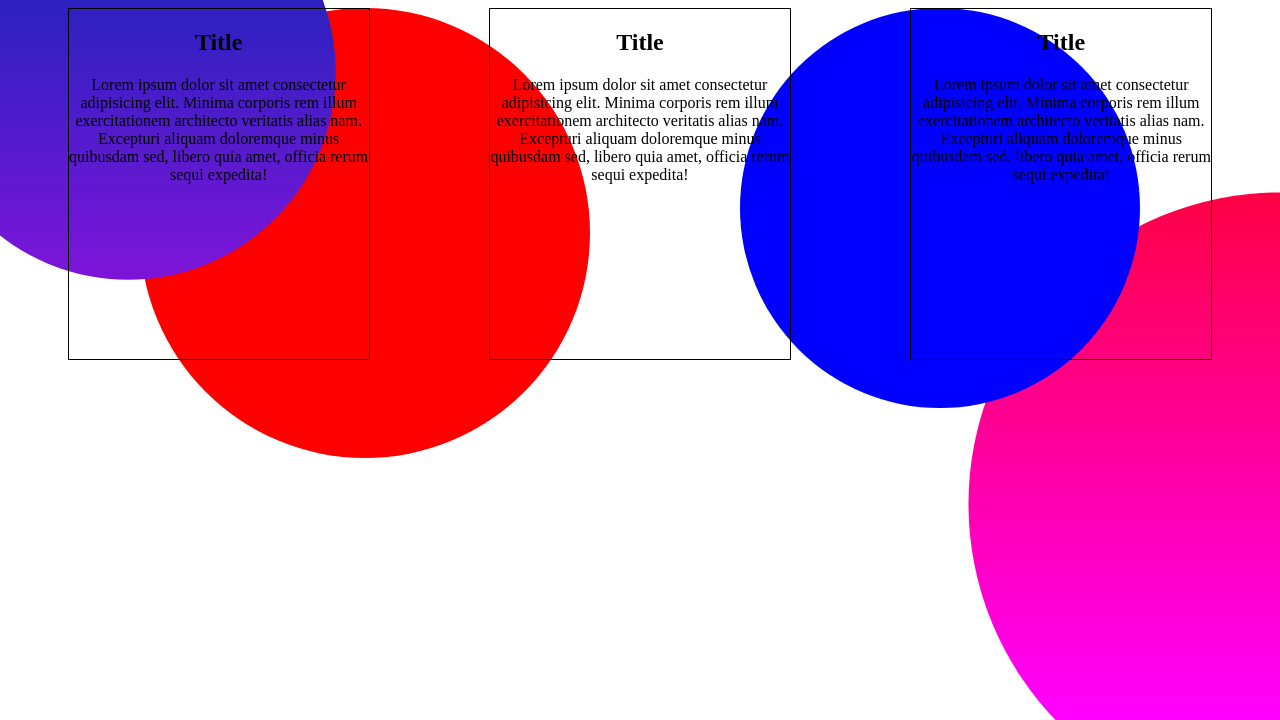
Repository: dovanluyen1996/Test-Git-PR
Page: index.html
These files come from the project's save history. The page is drawn as it stood at one moment and after the next save; the edit follows.
The browser window is 1280 px wide. The pictures show the whole page.

Above is the page before, as saved 2021-09-06 23:41:22.

### index.html
<!DOCTYPE html>
<html lang="en">
  <head>
    <meta charset="UTF-8" />
    <meta http-equiv="X-UA-Compatible" content="IE=edge" />
    <meta name="viewport" content="width=device-width, initial-scale=1.0" />
    <title>TestVsCode</title>
    <link rel="stylesheet" href="css/style.css" />
  </head>

  <body>
    <div class="container">
      <div class="test1"></div>
      <div class="test2"></div>
    </div>
    <div class="center">
      <div class="item-center">
        <h2>Title</h2>
        <p class="text">
          Lorem ipsum dolor sit amet consectetur adipisicing elit. Minima
          corporis rem illum exercitationem architecto veritatis alias nam.
          Excepturi aliquam doloremque minus quibusdam sed, libero quia amet,
          officia rerum sequi expedita!
        </p>
      </div>
      <div class="item-center">
        <h2>Title</h2>
        <p class="text">
          Lorem ipsum dolor sit amet consectetur adipisicing elit. Minima
          corporis rem illum exercitationem architecto veritatis alias nam.
          Excepturi aliquam doloremque minus quibusdam sed, libero quia amet,
          officia rerum sequi expedita!
        </p>
      </div>
      <div class="item-center">
        <h2>Title</h2>
        <p class="text">
          Lorem ipsum dolor sit amet consectetur adipisicing elit. Minima
          corporis rem illum exercitationem architecto veritatis alias nam.
          Excepturi aliquam doloremque minus quibusdam sed, libero quia amet,
          officia rerum sequi expedita!
        </p>
      </div>
    </div>
  </body>
</html>

### css/style.css
body {
}
body::before {
  content: "";
  position: absolute;
  top: 0;
  left: 0;
  width: 100%;
  height: 100%;
  background: linear-gradient(#f00, #f0f);
  clip-path: circle(30% at right 70%);
}
body::after {
  content: "";
  position: absolute;
  top: 0;
  left: 0;
  width: 100%;
  height: 100%;
  background: linear-gradient(rgb(44, 33, 192), #f0f);
  clip-path: circle(20% at 10% 10%);
}
.container {
  width: 1000px;
  margin: 0 auto;
  position: relative;
}
.test1 {
  width: 450px;
  height: 450px;
  background-color: red;
  border-radius: 50%;
  position: absolute;
}
.test2 {
  width: 400px;
  height: 400px;
  background-color: blue;
  border-radius: 50%;
  position: absolute;
  right: 0;
  top: 50%;
}
.item-center {
  width: 300px;
  height: 350px;
  border: 1px solid black;
  text-align: center;
  margin: 0 auto;
}
.center {
  position: relative;
  z-index: 999;
  display: flex;
  align-items: center;
}

After the next save:
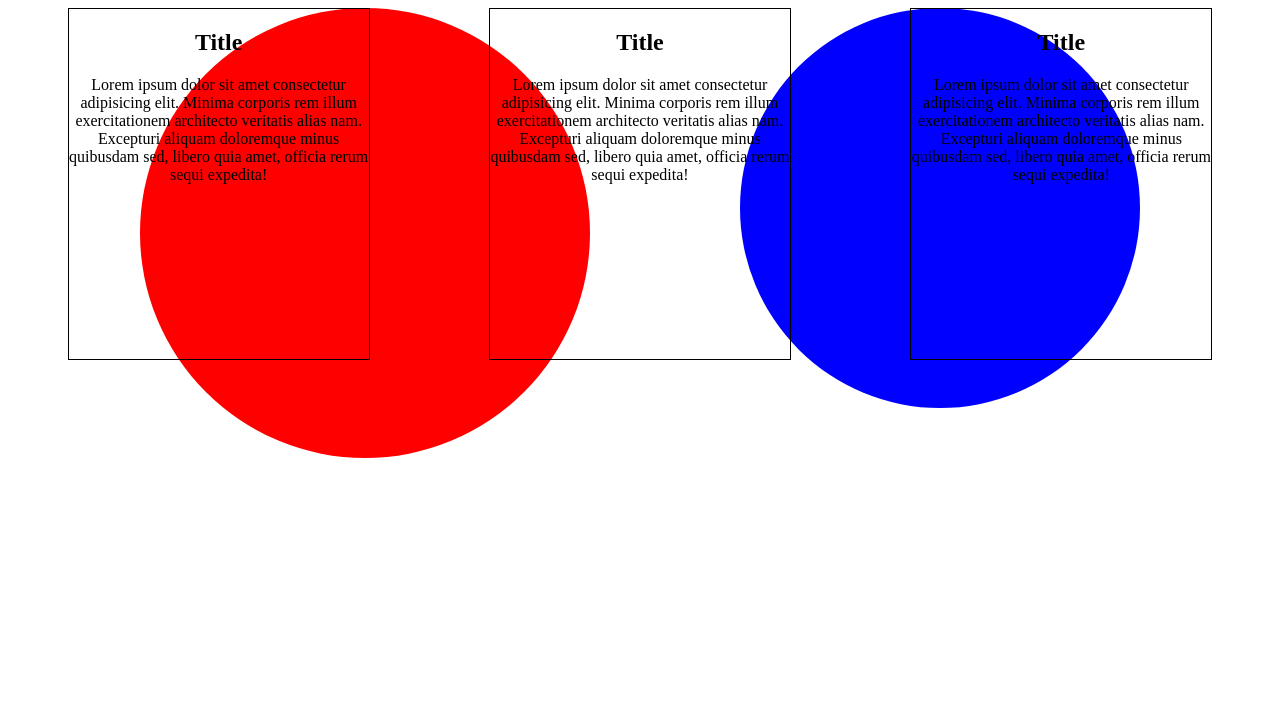
Saved 88 s later.
--- a/css/style.css
+++ b/css/style.css
@@ -1,6 +1,6 @@
 body {
 }
-body::before {
+.container::before {
   content: "";
   position: absolute;
   top: 0;
@@ -10,7 +10,7 @@
   background: linear-gradient(#f00, #f0f);
   clip-path: circle(30% at right 70%);
 }
-body::after {
+.container::after {
   content: "";
   position: absolute;
   top: 0;

After the save that followed:
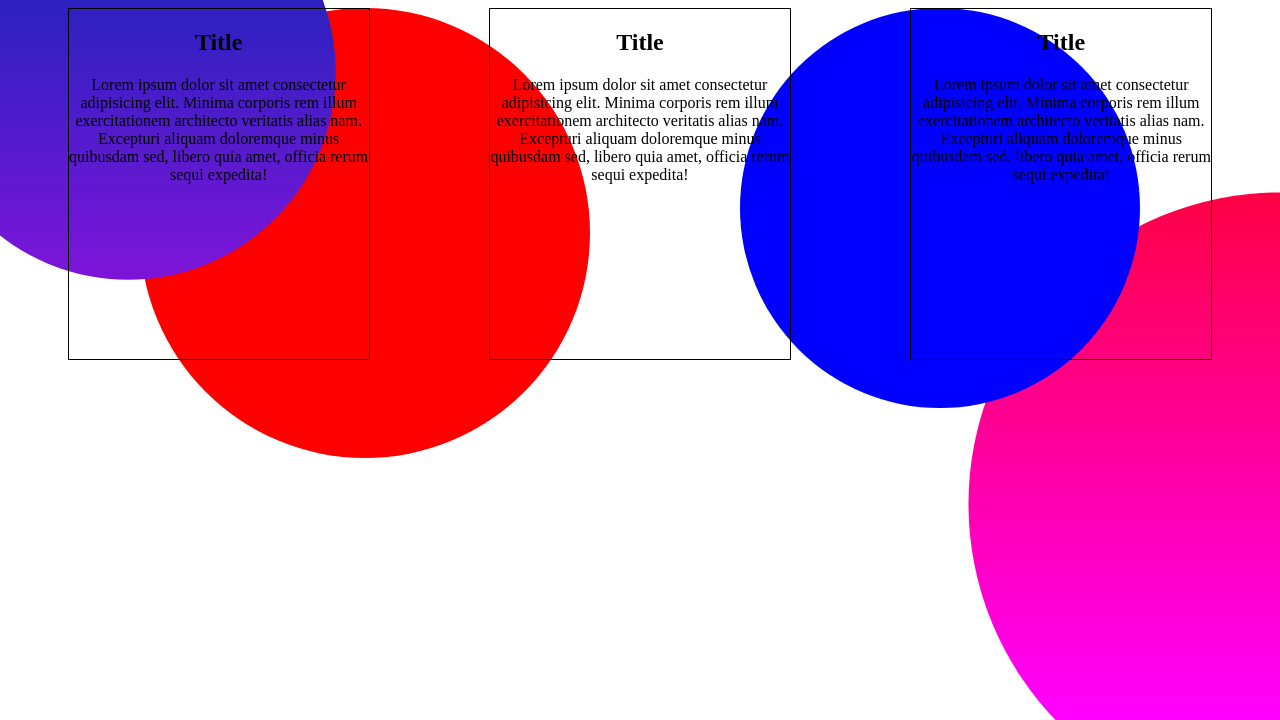
Saved 21 s later.
--- a/css/style.css
+++ b/css/style.css
@@ -1,6 +1,6 @@
 body {
 }
-.container::before {
+body::before {
   content: "";
   position: absolute;
   top: 0;
@@ -10,7 +10,7 @@
   background: linear-gradient(#f00, #f0f);
   clip-path: circle(30% at right 70%);
 }
-.container::after {
+body::after {
   content: "";
   position: absolute;
   top: 0;
